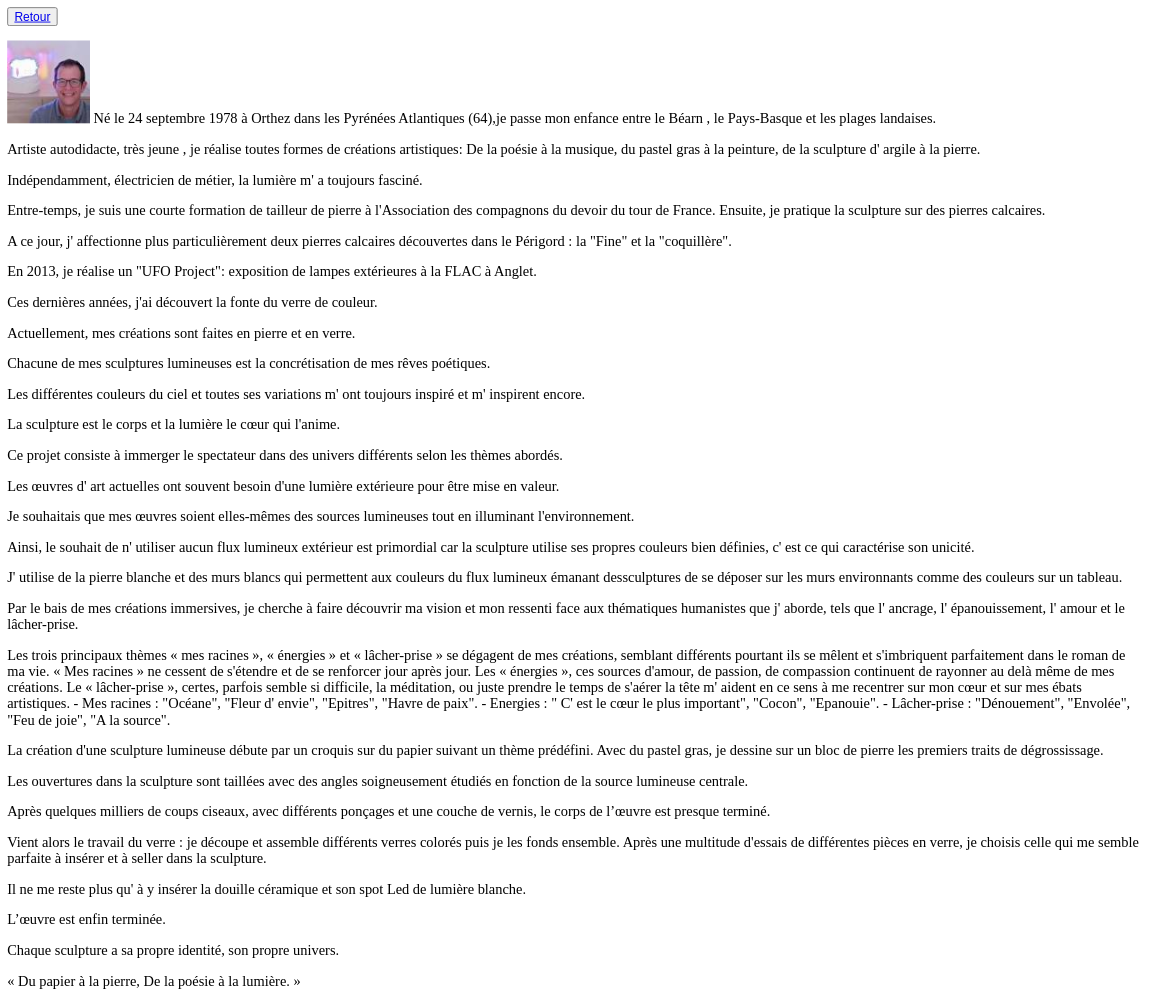
Repository: lysianebo/EricBidart
Page: presentation_more.html
These files come from the project's save history. The page is drawn as it stood at one moment and after the next save; the edit follows.
The browser window is 1280 px wide. The pictures show the whole page, at 90% of full size.

Above is the page before, as saved 2023-10-29 07:45:58.

After the next save:
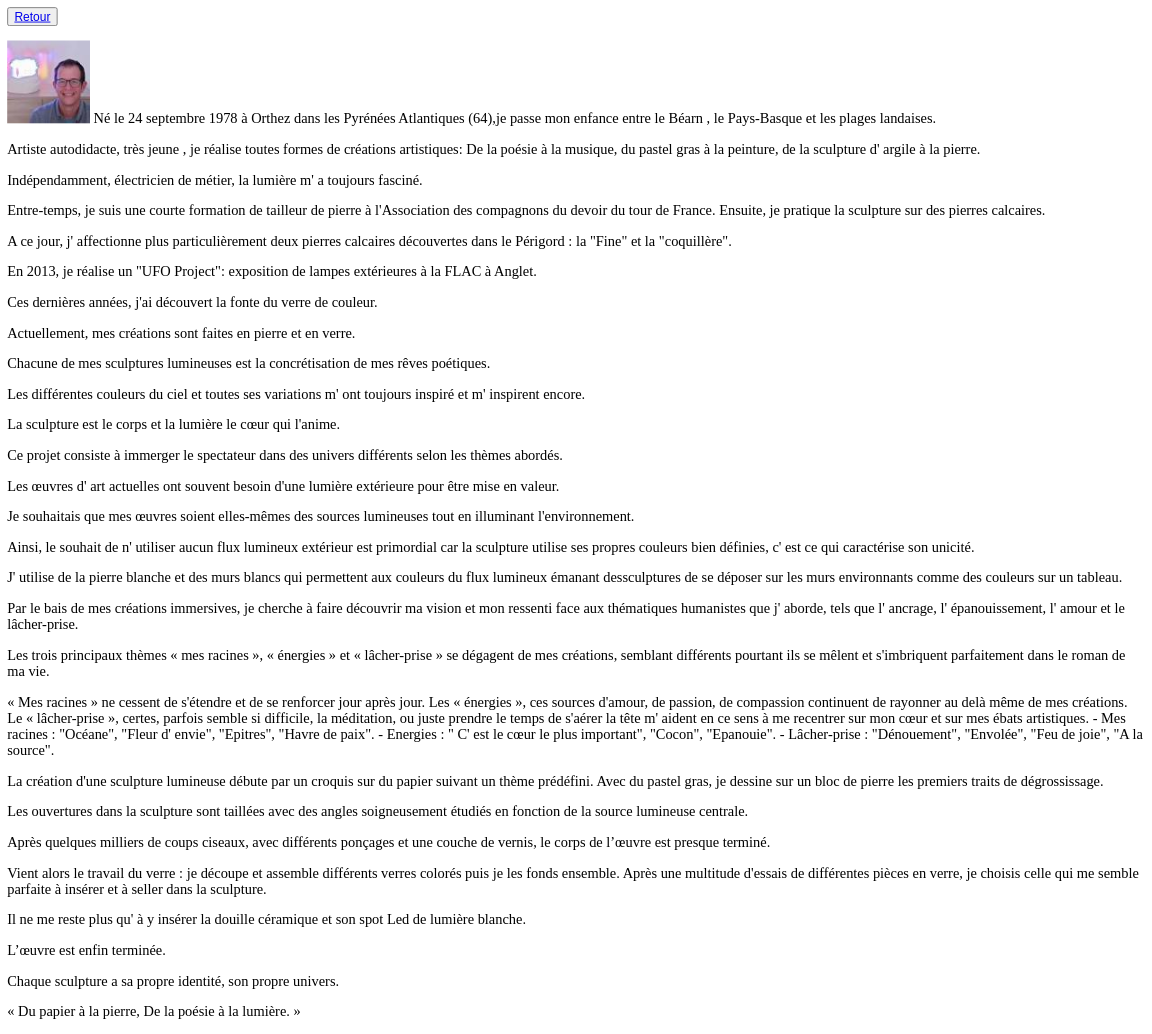
Saved 9 s later.
--- a/presentation_more.html
+++ b/presentation_more.html
@@ -33,8 +33,10 @@
 
 
 
-            Les trois principaux thèmes « mes racines », « énergies » et « lâcher-prise » se dégagent de mes créations,
-            semblant différents pourtant ils se mêlent et s'imbriquent parfaitement dans le roman de ma vie.
+            <p>
+                Les trois principaux thèmes « mes racines », « énergies » et « lâcher-prise » se dégagent de mes créations,
+                semblant différents pourtant ils se mêlent et s'imbriquent parfaitement dans le roman de ma vie.
+            </p>
 
             « Mes racines » ne cessent de s'étendre et de se renforcer jour après jour.
 
